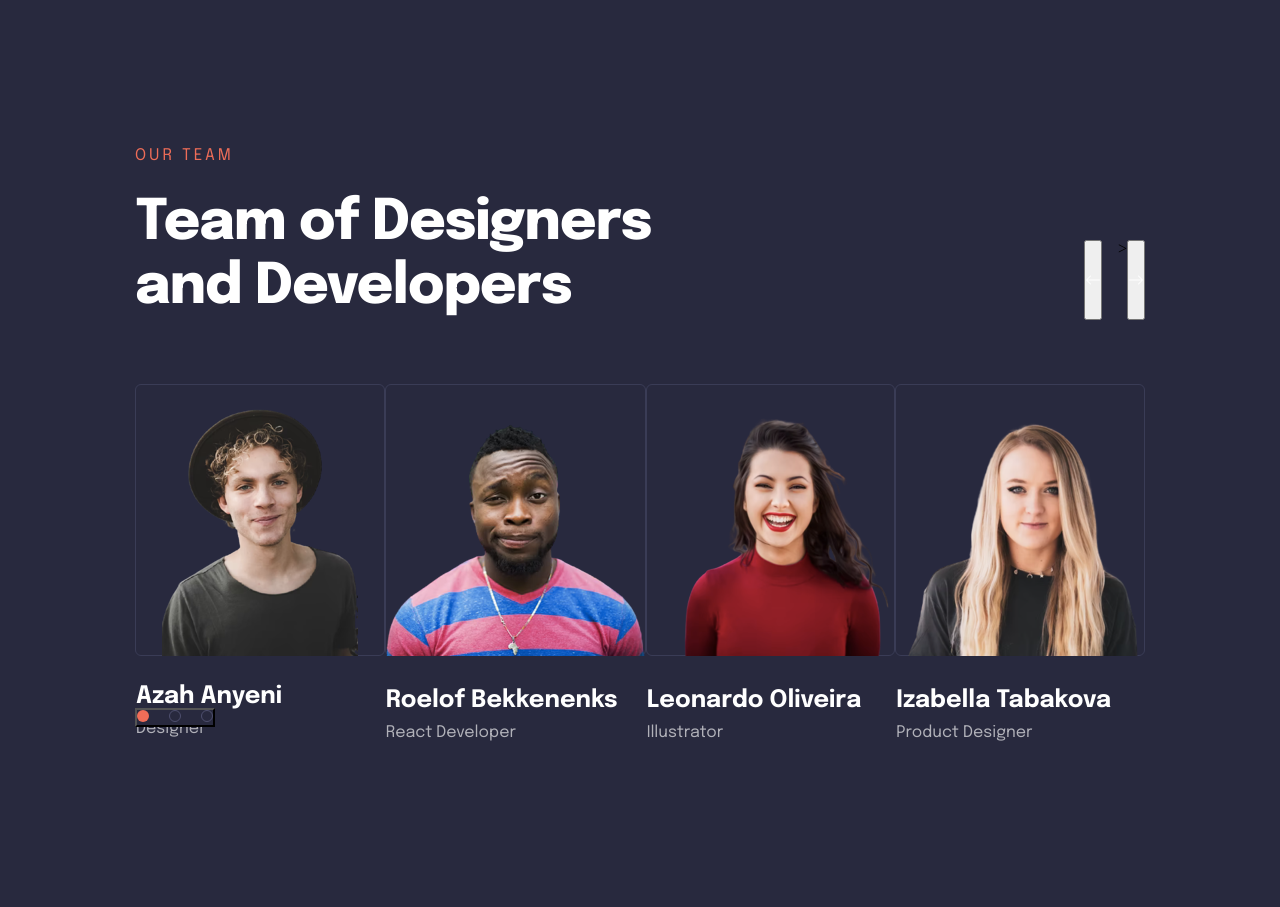
Repository: NatiqSamiyev/next-figma-project
Page: index.html
The author's editor kept a copy of each file at every save. The page is drawn from the files as they stood at one save, then again after the next save.
The browser window is 1280 px wide. The pictures show the whole page.

Above is the page before, as saved 2023-08-21 15:33:12.

### index.html
<!DOCTYPE html>
<html lang="en">
<head>
    <meta charset="UTF-8">
    <meta name="viewport" content="width=device-width, initial-scale=1.0">
    <title>Document</title>
    <link rel="stylesheet" href="index.css">
</head>
<body>

    <div class="container">
        <div class="top-container">

            <div class="left">
                <h1>Our Team</h1>
                <h2>
                    Team of Designers
                    and Developers
                </h2>

            </div>

            <div class="right">

                    <button class="btn-1">
                        <img src="./image/Path.png" alt="">
                    </button>


              >
                    <button class="btn-2">
                        <img src="./image/Path (1).png" alt="">
                    </button>


            </div>
        </div>


        <div class="image-box">
            <ul>
                <li class="first-child">
                    <img src="./image/Bitmap.svg" alt="">
                    <h3>Azah Anyeni</h3>
                    <p>Designer</p>
                </li>

                <li class="nth-child(2)">
                    <img src="./image/Bitmap (1).svg" alt="">
                    <h3>Roelof Bekkenenks</h3>
                    <p>React Developer</p>
                </li>

                <li class="nth-child(3)">
                    <img src="./image/Bitmap (2).svg" alt="">
                    <h3>Leonardo Oliveira</h3>
                    <p>Illustrator</p>
                </li>

                <li class="last-child">
                    <img src="./image/Bitmap (3).svg" alt="">
                    <h3>Izabella Tabakova</h3>
                    <p>Product Designer</p>
                </li>
            </ul>

        </div>

        <div class="bottom-container">
            <button>
                <img src="./image/pins.svg" alt="">
            </button>

        </div>


</body>
</html>

### index.css
@import url('https://fonts.googleapis.com/css2?family=Epilogue:wght@400;700;800&display=swap');
*{
    margin: 0;
    padding: 0;
    box-sizing: border-box;
}

.container{
    width: 100%;
    padding: 140px 135px 180px 135px;
    background-color: #28293E;

}

.top-container{
    display: flex;
    justify-content: space-between;

}

.left{
    width: 531px;
}

.left h1{
    color: var(--text-light-accent, #EF6D58);
    font-feature-settings: 'clig' off, 'liga' off;
    font-family: Epilogue;
    font-size: 16px;
    font-style: normal;
    font-weight: 400;
    line-height: 32px;
    letter-spacing: 3px;
    text-transform: uppercase;

}

.left h2{
    color: var(--text-light, #FFF);
    font-feature-settings: 'clig' off, 'liga' off;
    font-family: Epilogue;
    font-size: 56px;
    font-style: normal;
    font-weight: 800;
    line-height: 64px;
    letter-spacing: -1px;
    margin-top: 20px;

}

.right{
    display: flex;
    margin-top: 100px;
}

.right .btn-1{
    margin-right: 16px;


}

.right .{
    border-radius: 25px;
    width: 48px;
    height: 48px;
    background-color: #28293E;
}


.right.box-1 img{
    width: 14.001px;
    height: 9.001px;
    fill: #FFF;
}



.right .box-2 button{
    border-radius: 25px;
    width: 48px;
    height: 48px;
    background-color: #28293E;
}

.right .box-2 img{
    width: 14.001px;
    height: 9.001px;
    fill: #FFF;
}

.image-box{
    width: 100%;
    margin-top: 64px;
}

.image-box ul{
    display: flex;
    justify-content: space-between;
}

.image-box ul li{
    list-style-type: none;
    width: 270px;
    height: 272px;
    border-radius: 6px;
    border: 1px solid #3A3C56;
}

li:first-child img {
    width: 196px;
    height: 247px;
    display: flex;
    margin: auto;
    margin-top: 24px;
}

li:nth-child(2) img{
    width: 259px;
    height: 232px;
    margin-top: 39px;
}

li:nth-child(3) img{
    width: 205px;
    height: 238px;
    margin-left: 37px;
    margin-top: 33px;
}

.last-child img{
    width: 230px;
    height: 233px;
    margin-top: 38px;
    margin-left: 12px;
}


.image-box ul li h3{
    margin-top: 25px;
    color: var(--text-light, #FFF);
    font-feature-settings: 'clig' off, 'liga' off;
    font-family: Epilogue;
    font-size: 24px;
    font-style: normal;
    font-weight: 700;
    line-height: 32px;
}

.image-box ul li p{
    color: var(--text-light-gray, rgba(255, 255, 255, 0.64));
    font-feature-settings: 'clig' off, 'liga' off;
    font-family: Epilogue;
    font-size: 16px;
    font-style: normal;
    font-weight: 400;
    line-height: 32px;
}

.bottom-container{
    margin-top: 52px;


}

.bottom-container button{

    background: #28293E;




}

.bottom-container button img{
    width: 76px;
    height: 12px;



}

After the next save:
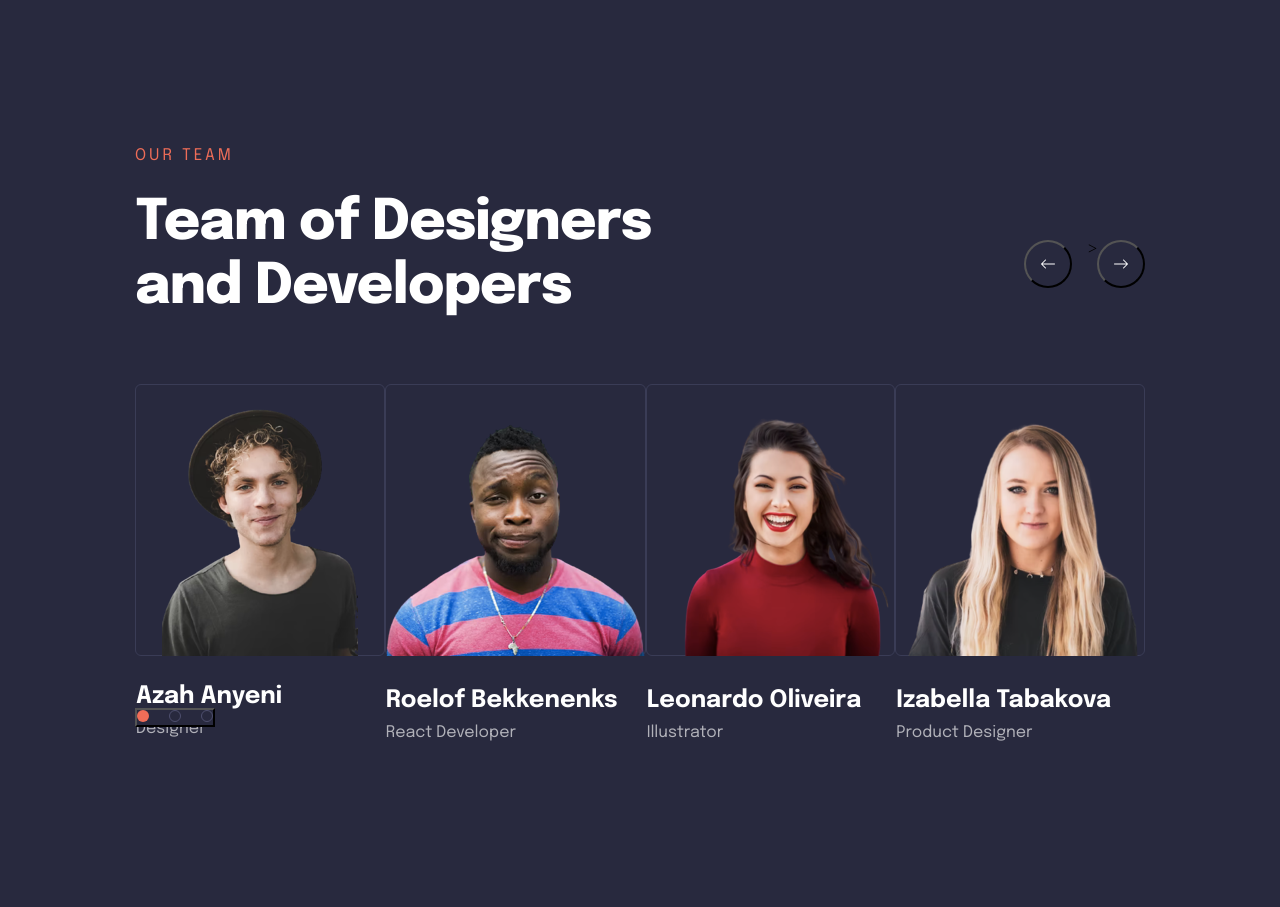
Saved 17 s later.
--- a/index.css
+++ b/index.css
@@ -59,7 +59,7 @@
 
 }
 
-.right .{
+.right button{
     border-radius: 25px;
     width: 48px;
     height: 48px;
